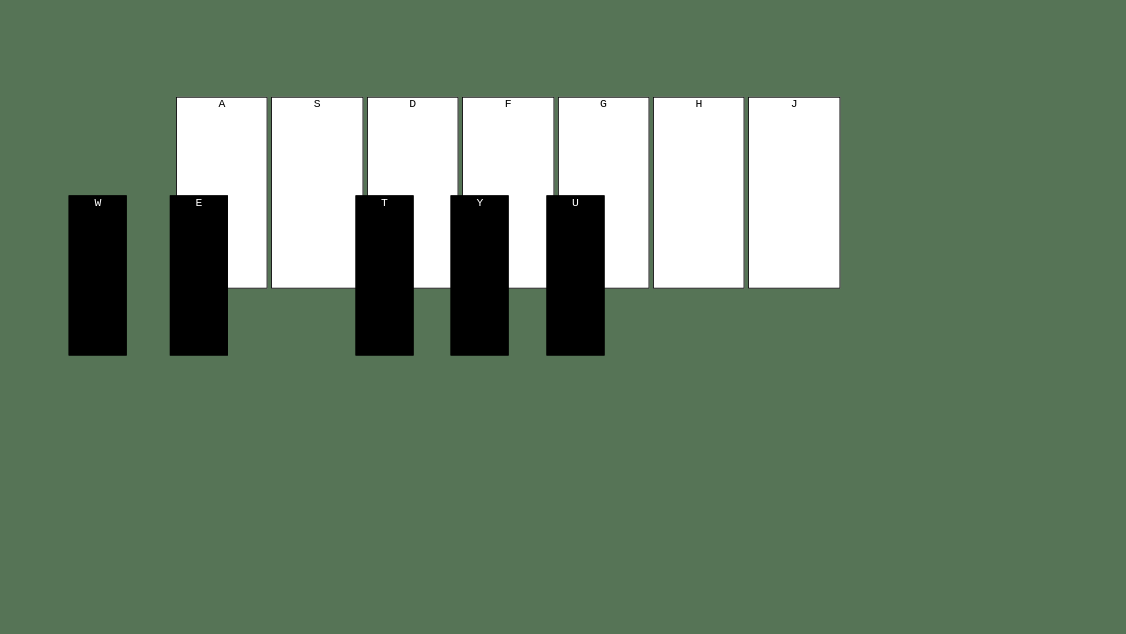
Repository: ctcoleman/Virtual-Piano
Page: index.html
These files come from the project's save history. The page is drawn as it stood at one moment and after the next save; the edit follows.
The browser window is 1280 px wide. The pictures show the whole page, at 88% of full size.

Above is the page before, as saved 2020-07-20 09:18:20.

After the next save:
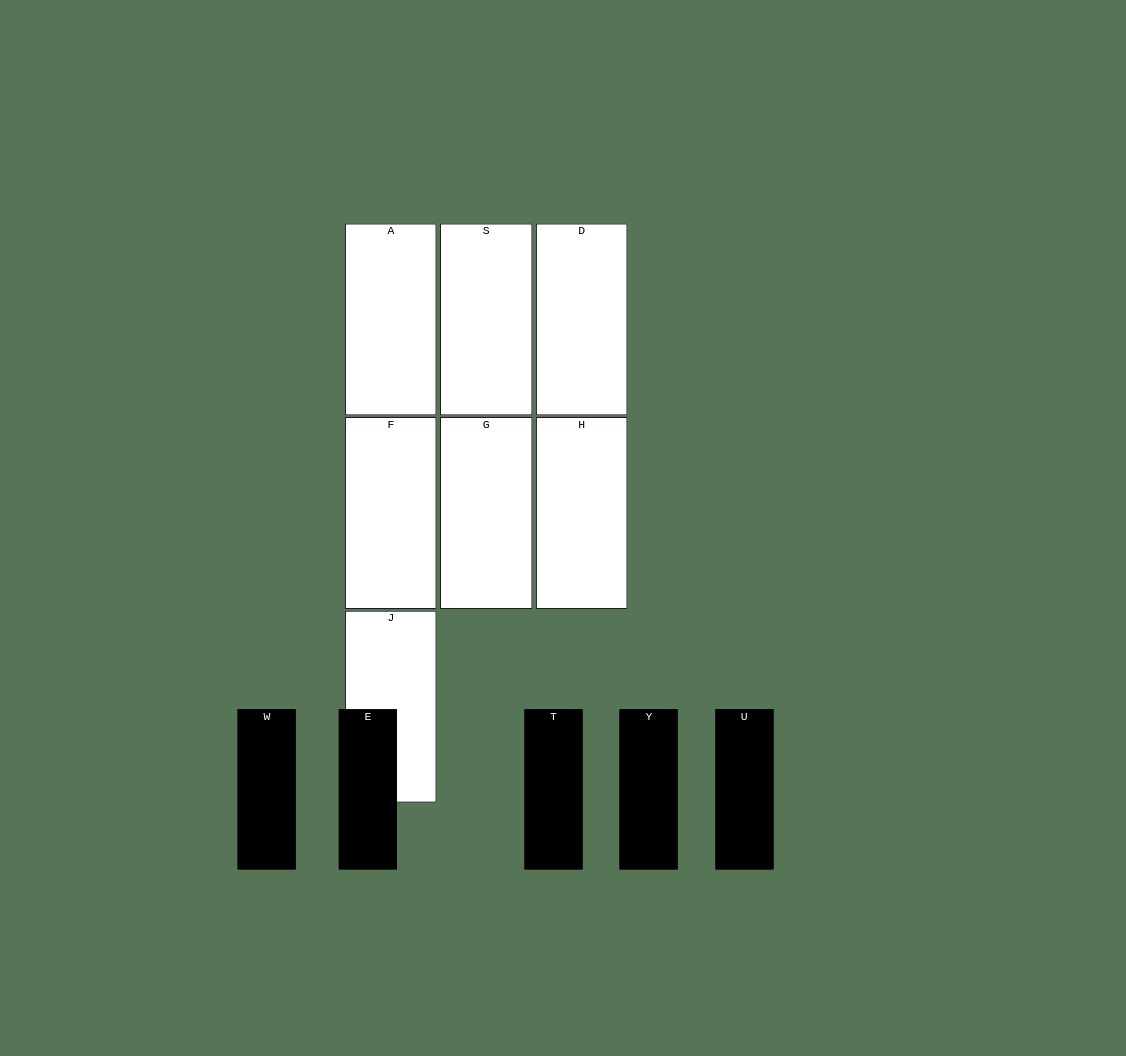
Saved 6 s later.
--- a/index.css
+++ b/index.css
@@ -10,12 +10,12 @@ html {
 /*
 === Keyboard Styling ===
 */
-/* container {
+.container {
     position: relative;
     width: 60vw;
     height: 30vh;
     margin: 35vh 15vw;
-} */
+}
 /*
 === White Keys Styling ===
 */
